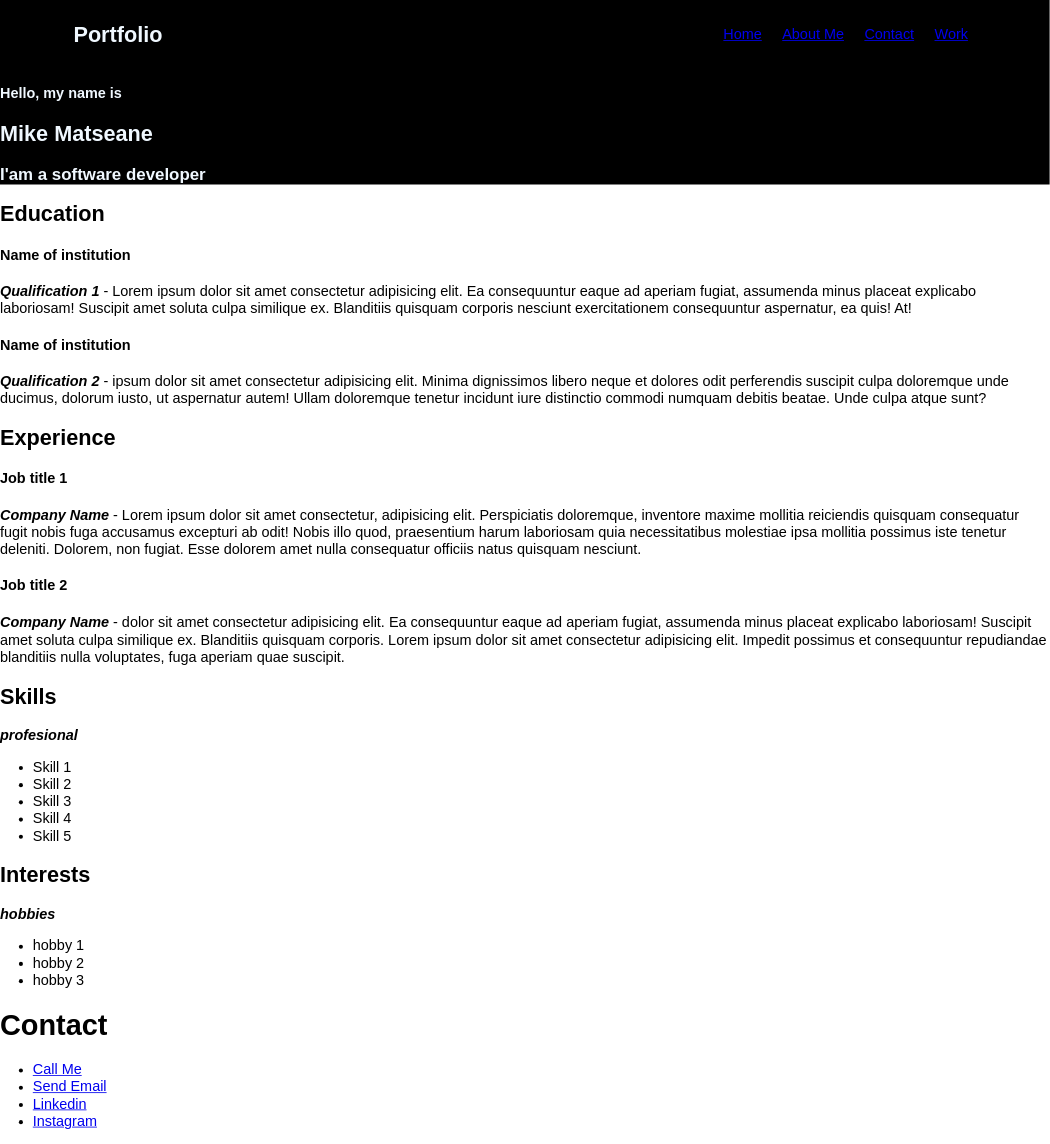
Repository: mikempho/Resume1
Page: resume1.html
These files come from the project's save history. The page is drawn as it stood at one moment and after the next save; the edit follows.
The browser window is 1280 px wide. The pictures show the whole page, at 82% of full size.

Above is the page before, as saved 2022-03-26 09:22:42.

After the next save:
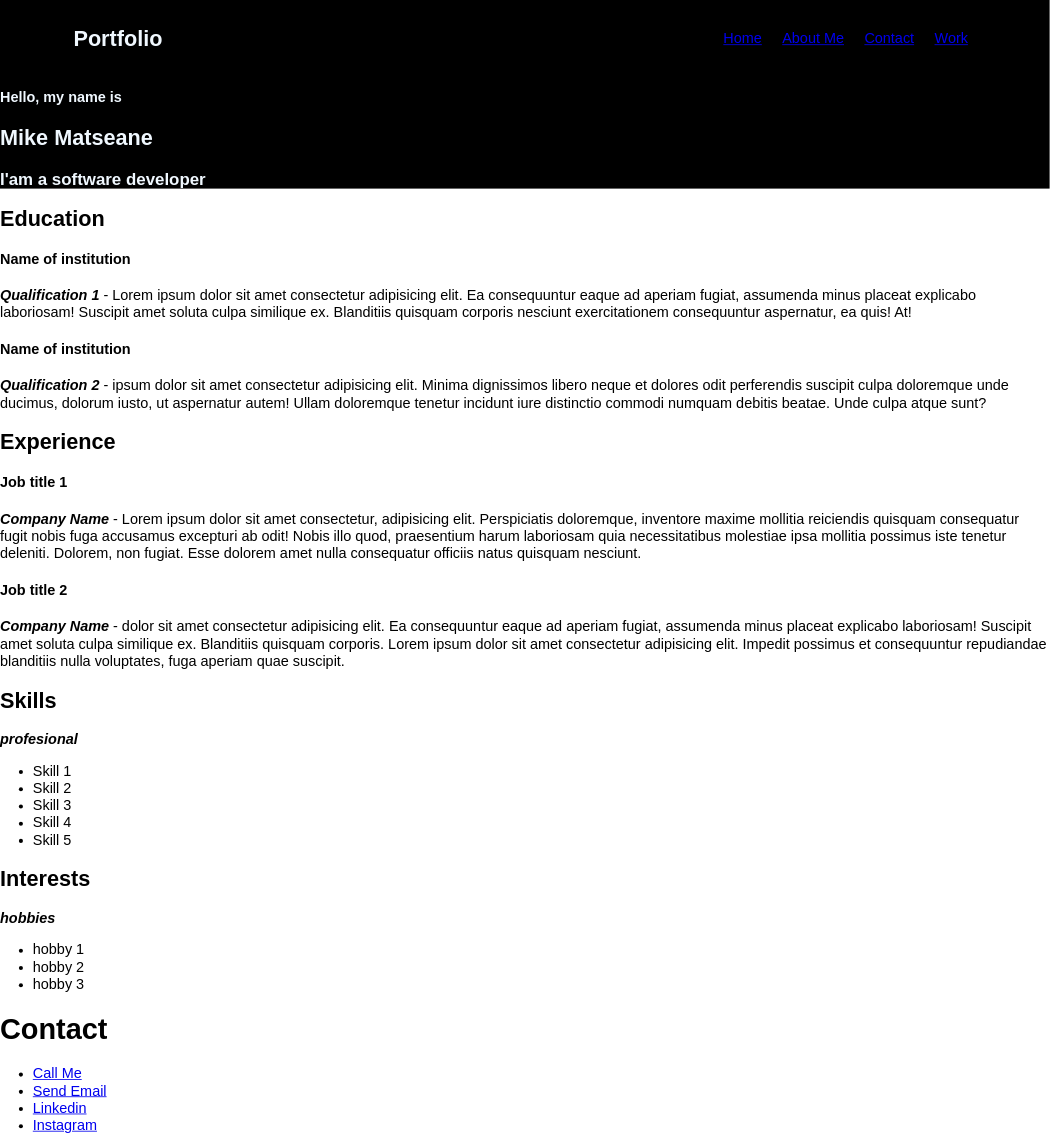
Saved 4 s later.
--- a/css/stylesheet.css
+++ b/css/stylesheet.css
@@ -15,7 +15,7 @@ body{
   display: flex;
   align-items: center;
   justify-content: space-between;
-  padding-top: 5px;
+  padding-top: 10px;
   padding-left:7%;
   padding-right:7%;
 }
